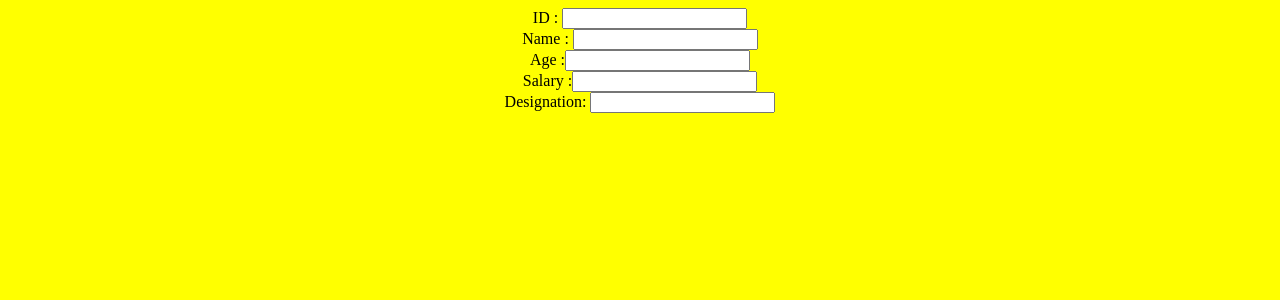
Repository: Thaneshwara848/JSP_Demo
Page: WebDemo1/src/main/webapp/Register.html
These files come from the project's save history. The page is drawn as it stood at one moment and after the next save; the edit follows.
The browser window is 1280 px wide. The pictures show the whole page.

Above is the page before, as saved 2022-08-05 16:57:24.

### WebDemo1/src/main/webapp/Register.html
<!DOCTYPE html>
<html>
<head>
<meta charset="UTF-8">
<title>Insert title here</title>
</head>
<body bgColor="yellow">
<Div style="text-align: center;">
	<form action="">

	ID : <input type="text" name="uid"><br>
	Name : <input type="text" name="uname"><br>
	Age :<input type="text" name="uage"><br>
	Salary  :<input type="text" name="usalary"><br>
	Designation: <input type="text" name="udesig"><br>


	</form>
</Div>

</body>
</html>

After the next save:
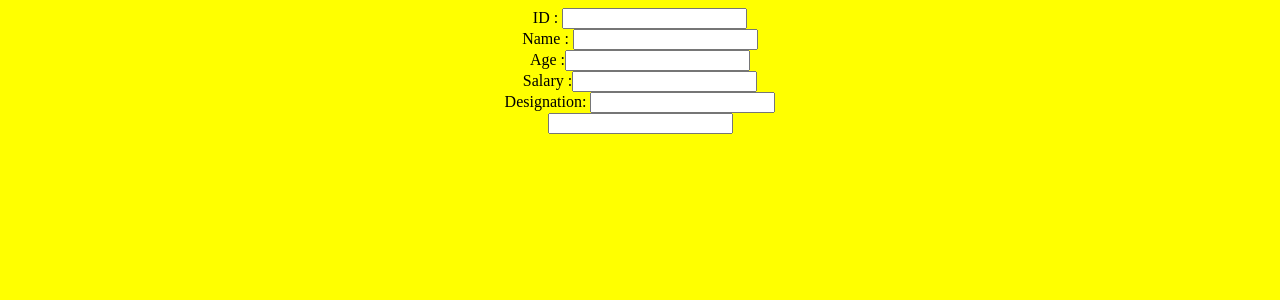
Saved 61 s later.
--- a/WebDemo1/src/main/webapp/Register.html
+++ b/WebDemo1/src/main/webapp/Register.html
@@ -5,6 +5,7 @@
 <title>Insert title here</title>
 </head>
 <body bgColor="yellow">
+
 <Div style="text-align: center;">
 	<form action="">
 
@@ -14,6 +15,7 @@
 	Salary  :<input type="text" name="usalary"><br>
 	Designation: <input type="text" name="udesig"><br>
 
+	<input type="Sub">
 
 	</form>
 </Div>
